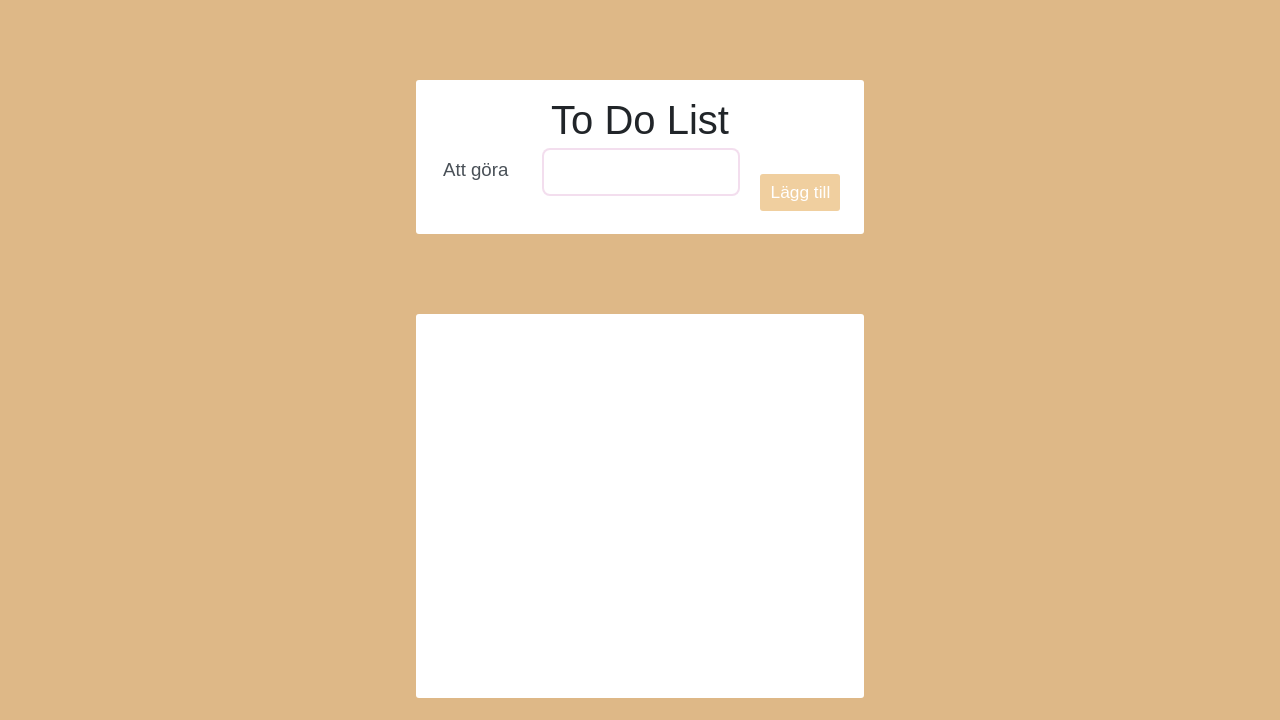
Repository: skepp4rn/todolist
Page: index.html
These files come from the project's save history. The page is drawn as it stood at one moment and after the next save; the edit follows.
The browser window is 1280 px wide. The pictures show the whole page.
The page's requests for data from a server got no answer. Some web libraries are served in a nearby version.

Above is the page before, as saved 2021-01-28 12:14:42.

### index.html
<!DOCTYPE html>
<html lang="sv">
<head>
    <meta charset="UTF-8">
    <meta name="viewport" content="width=device-width, initial-scale=1.0">

    <script src="https://kit.fontawesome.com/ef4c0722a8.js" crossorigin="anonymous"></script>
    <link rel="stylesheet" href="https://cdn.jsdelivr.net/npm/bootstrap@4.5.3/dist/css/bootstrap.min.css" integrity="sha384-TX8t27EcRE3e/ihU7zmQxVncDAy5uIKz4rEkgIXeMed4M0jlfIDPvg6uqKI2xXr2" crossorigin="anonymous">
    <link rel="stylesheet" href="css/style.css">

    <title>To Do List</title>
</head>
<body>
    <div class="container">
        <div id="header">
            <h1>To Do List</h1>
        </div>

        <form class="form" id="form">
            <div class="form-control">
                <label>Att göra</label>
                <input type="text" id="addToDo">
                <i class="fas fa-check-circle"></i>
                <i class="fas fa-exclamation-circle"></i>
                <small>Error message</small>
            </div>

            <button id="btn">Lägg till</button>
        </form>
    </div>

    <div class="container2">
        <div id="list"></div>
    </div>

    <script src="https://code.jquery.com/jquery-3.5.1.slim.min.js" integrity="sha384-DfXdz2htPH0lsSSs5nCTpuj/zy4C+OGpamoFVy38MVBnE+IbbVYUew+OrCXaRkfj" crossorigin="anonymous"></script>
    <script src="https://cdn.jsdelivr.net/npm/bootstrap@4.5.3/dist/js/bootstrap.bundle.min.js" integrity="sha384-ho+j7jyWK8fNQe+A12Hb8AhRq26LrZ/JpcUGGOn+Y7RsweNrtN/tE3MoK7ZeZDyx" crossorigin="anonymous"></script>
    <script src="https://cdnjs.cloudflare.com/ajax/libs/uuid/8.1.0/uuidv4.min.js"></script>
    <script src="script.js"></script>
</body>

### css/style.css
*{
    box-sizing: border-box;
    margin: 0;
    padding: 0;
}

body {
    background-color: burlywood;
    font-family: Arial, Helvetica, sans-serif;
    display: grid;
    justify-content: center;
}

.container {
    width: 35vw;
    display: grid;
    justify-content: center;
    background-color: #ffffff;
    border-radius: 3px;
    margin-top: 5rem;
    padding-bottom: 2   rem;
    height: 12vw;
}

.container2 {
    width: 100%;
    display: grid;
    justify-content: center;
    background-color: #ffffff;
    border-radius: 3px;
    margin-top: 5rem;
    padding-bottom: 2rem;
    height: 30vw;
    overflow-y: auto;
}

#header {
    margin-top: 1rem;
    text-align: center;
}

#btn {
    border: none;
    border-radius: 3px;
    padding: 0.2rem;
    background-color: #f0cf9f;
    color: #ffffff;
    font-size: 13pt;
    width: 5rem;
    height: 2.3rem;
    align-self: center;

}

.todobox {
    padding-top: 2rem;
    padding-bottom: 1rem;
    width: 32vw;
    display: grid;
    grid-template-columns: 5fr 1fr;
}

.knappar {
    display: grid;
    gap: 1rem;
}

.todoinput {
    display: flex;
    align-items: center;
}

.fa-trash {
    padding: 0.5rem;
    border: none;
    border-radius: 5px;
    color: #ffffff;
    background-color: #f0cf9f;
    width: 5rem;
}

.fa-undo {
    padding: 0.5rem;
    border: none;
    border-radius: 5px;
    color: #ffffff;
    background-color: #f0cf9f;
    width: 5rem;
}

.done {
    border: none;
    border-radius: 5px;
    padding: 0.5rem;
    background-color: #f0cf9f;
    color: #ffffff;
    font-family: Arial, Helvetica, sans-serif;
    font-size: 14pt;
    width: 5rem;
    height: 3rem;
}

.form-control {
    border: none;
    position: relative;
    height: 2rem;
    width: 100%;
    display: grid;
    grid-template-columns: 1fr 2fr;
    align-content: center;
}

.form label {
    display: flex;
    align-items: center;
    font-size: 14pt;
}


.form {
    display: grid;
    grid-template-columns: 3.3fr 1fr;
    justify-items: center;
    height: 70px;
}

.form-control input {
    border: 2px solid #e0aad362;
    border-radius: 8px;
    display: block;
    width: 100%;
    margin-bottom: 0.2rem;
    padding: 0.5rem;
    font-family: inherit;
    font-size: 14pt;
    height: 3rem;
}

.form-control.success input {
    border-color: #2ecc71;
}

.form-control.error input {
    border-color: #e74c3c;
}

.form-control i {
    visibility: hidden;
    position: absolute;
    top: 2.4rem;
    right: 1.5rem;
}

.form-control.success i.fa-check-circle {
    visibility: visible;
    color: #2ecc71;
}

.form-control.error i.fa-exclamation-circle {
    visibility: visible;
    color: #e74c3c;
}

.form-control small {
    visibility: hidden;
    position: absolute;
    bottom: 0;
    left: 7vw;
}

.form-control.error small {
    visibility: visible;
    color: #e74c3c;
}

### script.js
let ToDo = [];
let addToDos = document.getElementById('addToDo');
let form = document.getElementById('form');
let check = false;
let btn = document.getElementById('subbtn');
let list = document.querySelector('#list');
const fetchTodos = () => {
    fetch('https://jsonplaceholder.typicode.com/todos?_start20=&_limit=10')
    .then(res => res.json())
    .then(data => {
      ToDo = data;
      listelement(ToDo);
    })
}
fetchTodos();

const listelement = (ToDo) => {
    list.innerHTML = '';
    ToDo.forEach(todo => {
        list.innerHTML += newTodo(todo);
    })
    console.log(ToDo);
}

const newTodo = todo => {

    let template = todo.completed ? `
    <div id="${todo.id}" class="todoinput completed">
        <div class="todobox">
          <h3 class="title">${todo.title}</h3>
            <div class="knappar">
                <button class="fas fa-undo"></button>
                <button class="fas fa-trash"></button>
            </div>
        </div>
    </div>
    `
    : `
    <div id="${todo.id}" class="todoinput">
        <div class="todobox">
            <h3 class="title">${todo.title}</h3>
            <button class="done">Done</button>
        </div>
    </div>
    `
    return template
  }


  const createTodo = (title) => {

    fetch('https://jsonplaceholder.typicode.com/todos',{
      method: 'POST',
      headers: {
        'Content-type': 'application/json; charset=UTF-8'
      },
      body: JSON.stringify({
        title,
        completed: false
      })
    })
    .then(res => res.json())
    .then(data => {
        let _todo = {
            title: data.title,
            completed: data.completed,
            id: uuidv4()
        }
      console.log(data)
      ToDo.unshift(_todo);
      listelement(ToDo);
    })
}

form.addEventListener('submit', (e) => {
    e.preventDefault();

    checkInputs();

    if(check == true) {
        removeinput(addToDos);

        createTodo(addToDos.value)
        listelement(ToDo);

        addToDos.value = '';
    }
});

function checkInputs() {
    let addToDosValue = addToDos.value.trim();

    if(addToDosValue === ``) {
    setErrorFor(addToDos, `Du måste skriva något!`);

    } else {
        setSuccessFor(addToDos);
    }
}

function setErrorFor(input, message) {
    let formControl = input.parentElement;
    let small = formControl.querySelector('small');
    small.innerText = message;
    formControl.className = 'form-control error';
    check = false;
}

function setSuccessFor(input) {
    let formControl = input.parentElement;
    formControl.className = 'form-control success';
    check = true;
}

function removeinput(input) {
    let formControl = input.parentElement;
    formControl.className = 'form-control';
}

list.addEventListener('click', (e) => {
    if(e.target.classList.contains('done')) {
        complete(e.target.parentNode.parentNode.id)
    }
    else if(e.target.classList.contains('fa-undo')) {
        complete(e.target.parentNode.parentNode.parentNode.id)
    }
})

function complete(id) {
    ToDo.map(todo => {
        if(todo.id == id){
            todo.completed = !todo.completed
        }
        return todo
    })
    listelement(ToDo)
}

list.addEventListener('click', (e) => {

    if(e.target.classList.contains('fa-trash')) {
        ToDo = ToDo.filter(removetodo => removetodo.id != e.target.parentNode.parentNode.parentNode.id)
        listelement(ToDo)
    }
});

After the next save:
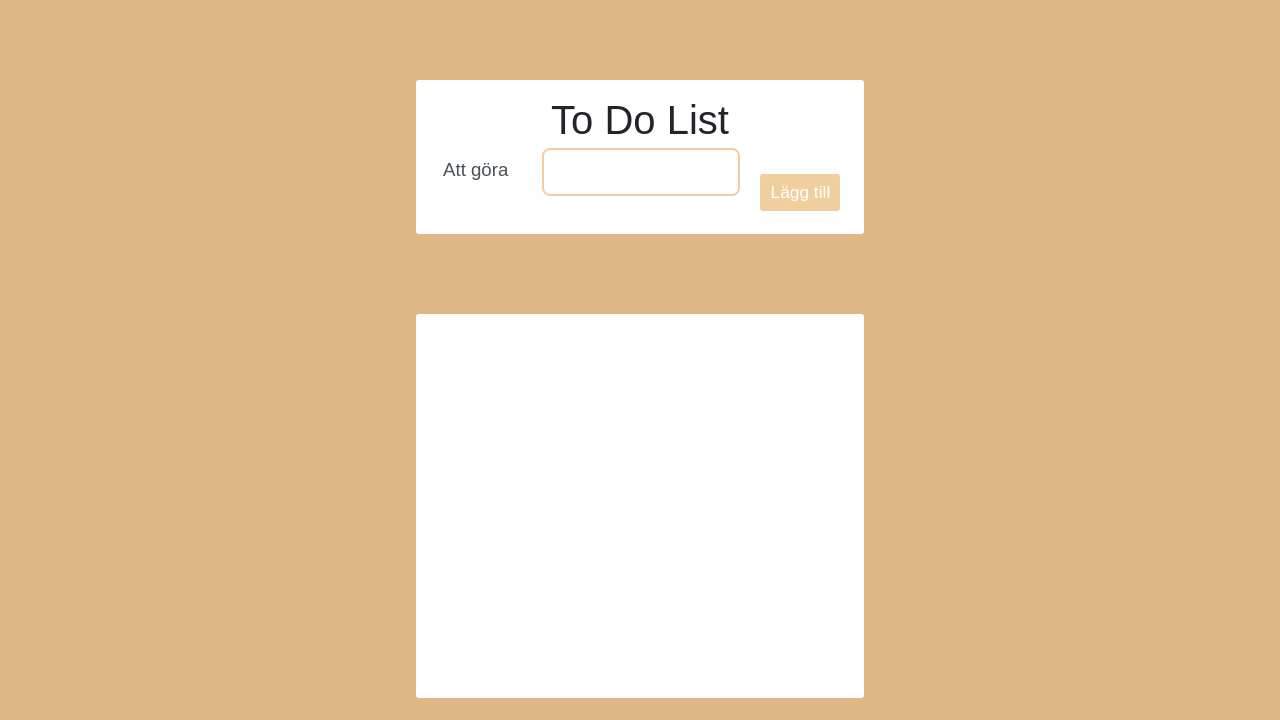
Saved 24 s later.
--- a/css/style.css
+++ b/css/style.css
@@ -125,7 +125,7 @@ body {
 }
 
 .form-control input {
-    border: 2px solid #e0aad362;
+    border: 2px solid #f0cf9f;
     border-radius: 8px;
     display: block;
     width: 100%;
